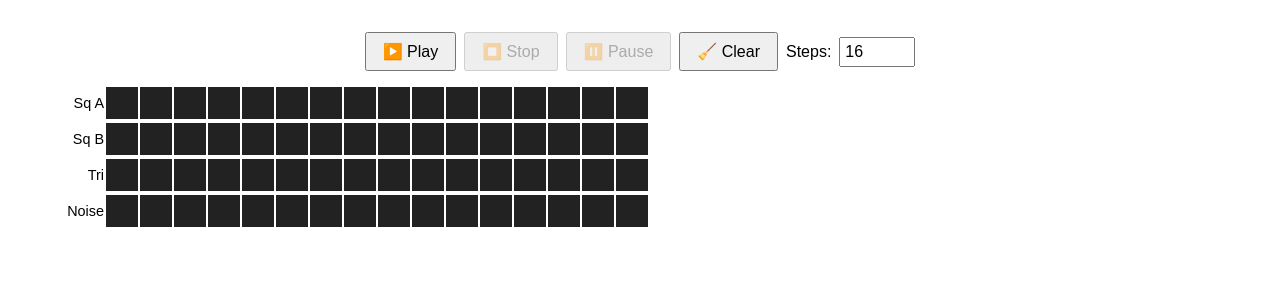
Repository: Aldentec/8-bit-Composer
Page: index.html
An editor plug-in stored every save of this project. The page is shown before and after the next save, followed by the edit.
The browser window is 1280 px wide. The pictures show the whole page.
Some web libraries are served in a nearby version.

Above is the page before, as saved 2025-05-28 08:53:54.

After the next save:
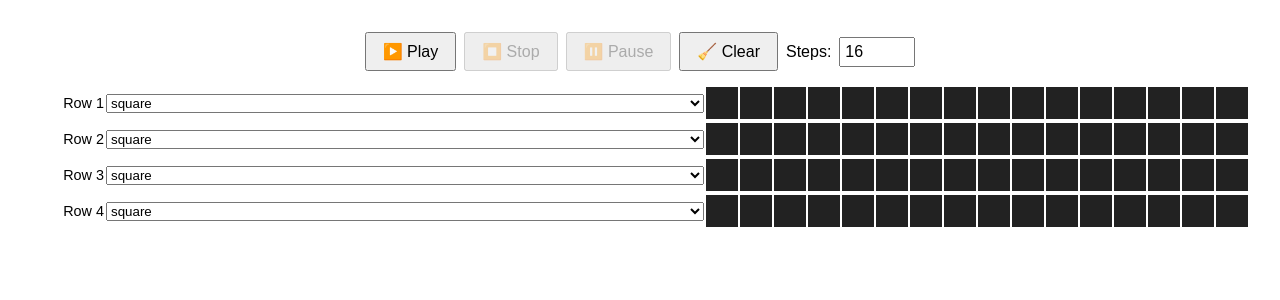
Saved 3 min 45 s later.
--- a/js/grid.js
+++ b/js/grid.js
@@ -1,22 +1,31 @@
-// these will be set when initGrid runs
-export let STEPS = 16;
+// js/grid.js
+
+// Sequencer dimensions and state (will be set in initGrid)
+export let STEPS    = 16;
 export let CHANNELS = 0;
-
-// gridState[row][step] = boolean
 export let gridState = [];
 
+// Available instrument types
+const SOUND_OPTIONS = [
+  'square',
+  'triangle',
+  'noise',
+  'drum-kick',
+  'drum-snare'
+];
+
 /**
- * Renders a labeled, scrollable sequencer grid.
+ * Renders a labeled, selectable, scrollable sequencer grid.
  *
  * @param {string} containerId       id of the <div> to fill
- * @param {string[]} instrumentNames names for each row
+ * @param {string[]} instrumentNames initial instrument type per row
  * @param {number} steps             number of columns (length of your song)
  */
 export function initGrid(containerId, instrumentNames = [], steps = 16) {
   CHANNELS = instrumentNames.length;
   STEPS    = steps;
 
-  // rebuild state
+  // rebuild the on/off state
   gridState = Array.from(
     { length: CHANNELS },
     () => Array(STEPS).fill(false)
@@ -25,20 +34,39 @@ export function initGrid(containerId, instrumentNames = [], steps = 16) {
   const container = document.getElementById(containerId);
   container.innerHTML = '';
 
-  instrumentNames.forEach((name, row) => {
-    // row wrapper: label + STEP cells
+  instrumentNames.forEach((initialType, row) => {
+    // wrapper for label + dropdown + cells
     const rowEl = document.createElement('div');
     rowEl.className = 'grid-row';
-    // dynamically size columns: 4.5rem for the label, then STEPS × 2rem
-    rowEl.style.gridTemplateColumns = `4.5rem repeat(${STEPS}, 2rem)`;
+    // layout: label (4.5rem) + dropdown (auto) + STEPS * 2rem
+    rowEl.style.gridTemplateColumns = `4.5rem auto repeat(${STEPS}, 2rem)`;
 
-    // instrument label
+    // 1) Instrument label
     const label = document.createElement('div');
     label.className = 'row-label';
-    label.textContent = name || '';
+    label.textContent = `Row ${row + 1}`;
     rowEl.append(label);
 
-    // sequencer steps
+    // 2) Dropdown to select instrument
+    const select = document.createElement('select');
+    select.className = 'instrument-select';
+    SOUND_OPTIONS.forEach(type => {
+      const option = document.createElement('option');
+      option.value = type;
+      option.textContent = type;
+      if (type === initialType) option.selected = true;
+      select.append(option);
+    });
+    select.addEventListener('change', e => {
+      const newType = e.target.value;
+      // notify other parts of the app that this row’s instrument changed
+      document.dispatchEvent(new CustomEvent('instrumentChanged', {
+        detail: { row, type: newType }
+      }));
+    });
+    rowEl.append(select);
+
+    // 3) Sequencer cells
     for (let step = 0; step < STEPS; step++) {
       const cell = document.createElement('div');
       cell.className = 'cell';
@@ -59,11 +87,7 @@ export function initGrid(containerId, instrumentNames = [], steps = 16) {
  * Clears all active steps in both state and UI.
  */
 export function clearGrid() {
-  // reset state
   gridState.forEach(rowArr => rowArr.fill(false));
-
-  // reset UI
-  document
-    .querySelectorAll('.cell.active')
-    .forEach(cell => cell.classList.remove('active'));
+  document.querySelectorAll('.cell.active')
+          .forEach(cell => cell.classList.remove('active'));
 }
